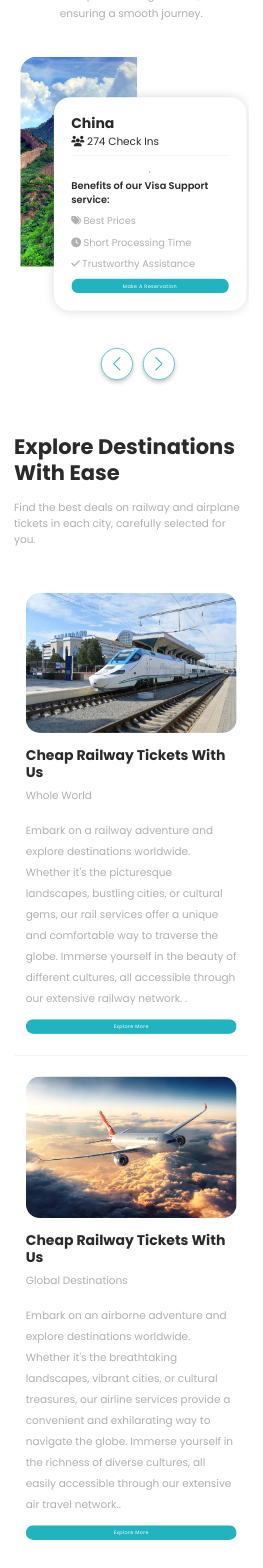
Repository: asadbekdev07/asadbekdev-zamontour-react
Page: /
These files come from the project's save history. The page is drawn as it stood at one moment and after the next save; the edit follows.
The browser window is 375 px wide. The pictures show the part of the page from y = 1500 to 3740 px (the page is 3740 px tall before and 3728 px after), at 70% of full size.
The project was rebuilt for these pictures with package versions that can differ from the ones it lists, and the page was loaded fresh each time. Also part of the build but not shown: vite.config.js.

Above is the page before, as saved 2024-05-26 18:49:28.

After the next save:
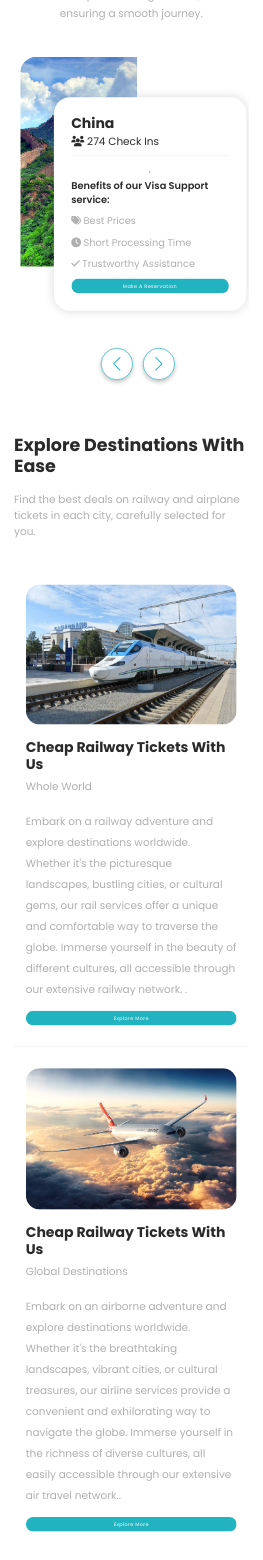
Saved 13 s later.
--- a/src/assets/styles/index.css
+++ b/src/assets/styles/index.css
@@ -976,7 +976,10 @@ select:-webkit-autofill:focus {
   .swiper-button-prev {
     margin: 0 -35px;
   }
-  .destination__top-heading {}
+  .destination__top-heading {
+    font-size: 25px;
+    line-height: 30px;
+  }
 }
 
 @media
